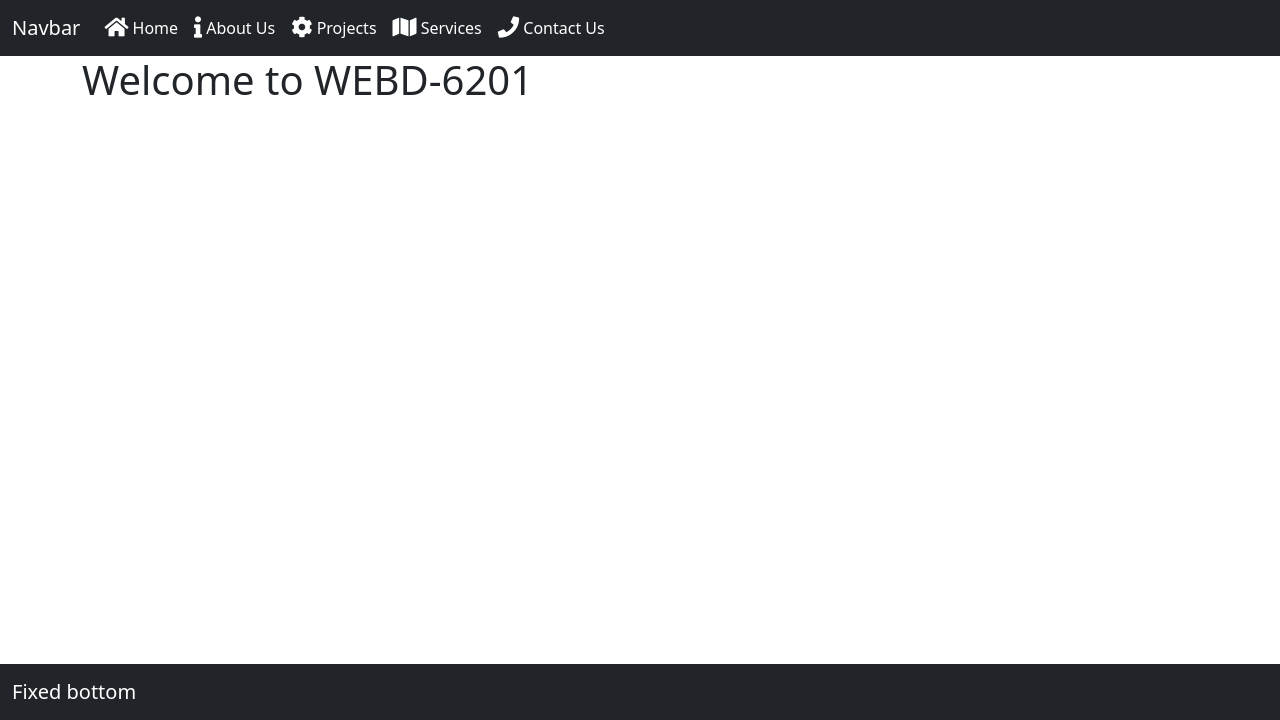
Repository: CKM206/WEBD6201-W2021---ICE1
Page: index.html
The author's editor kept a copy of each file at every save. The page is drawn from the files as they stood at one save, then again after the next save.
The browser window is 1280 px wide. The pictures show the whole page.

Above is the page before, as saved 2021-01-20 09:13:33.

### index.html
<!DOCTYPE html>
<html lang="en">
<head>
    <meta charset="UTF-8">
    <meta name="viewport" content="width=device-width, initial-scale=1.0">
    <title>WEBD6201 - W2021 - ICE 1</title>
    <!-- CSS Section -->
    <!-- Inject Bootstrap first, always-->
    <link rel="stylesheet"
    href="./node_modules/bootstrap/dist/css/bootstrap.min.css">
    <!-- Now inject Icon Fonts using Font Awesome-->
    <link rel="stylesheet"
    href="./node_modules/@fortawesome/fontawesome-free/css/all.min.css">
    <!-- Now inject our custom css-->
    <link rel="stylesheet" href="./Content/app.css">
</head>
<body>

    <header>
        <nav class="navbar navbar-expand-lg navbar-dark bg-dark">
            <div class="container-fluid">
              <a class="navbar-brand" href="#">Navbar</a>
              <button class="navbar-toggler" type="button" data-bs-toggle="collapse" data-bs-target="#navbarSupportedContent" aria-controls="navbarSupportedContent" aria-expanded="false" aria-label="Toggle navigation">
                <span class="navbar-toggler-icon"></span>
              </button>
              <div class="collapse navbar-collapse" id="navbarSupportedContent">
                <ul class="navbar-nav me-auto mb-2 mb-lg-0">
                  <li class="nav-item">
                    <a class="nav-link active" aria-current="page" href="#"><i class="fas fa-home fa-lg"></i> Home</a>
                  </li>
                  <li class="nav-item">
                    <a class="nav-link active" aria-current="page" href="#"><i class="fas fa-info fa-lg"></i> About Us</a>
                  </li>
                  <li class="nav-item">
                    <a class="nav-link active" aria-current="page" href="#"><i class="fas fa-cog fa-lg"></i> Projects</a>
                  </li>
                  <li class="nav-item">
                    <a class="nav-link active" aria-current="page" href="#"><i class="fas fa-map fa-lg"></i> Services</a>
                  </li>
                  <li class="nav-item">
                    <a class="nav-link active" aria-current="page" href="#"><i class="fas fa-phone fa-lg"></i> Contact Us</a>
                  </li>
                </ul>
              </div>
            </div>
          </nav>
    </header>
    <main class="container">
        <h1>Welcome to WEBD-6201</h1>
    </main>

    <footer>
        <nav class="navbar fixed-bottom navbar-dark bg-dark">
            <div class="container-fluid">
              <a class="navbar-brand" href="#">Fixed bottom</a>
            </div>
          </nav>
    </footer>

    <!--Script Section-->
    <script src="./node_modules/jquery/dist/jquery.min.js"></script>
    <script src="./node_modules/bootstrap/dist/js/bootstrap.bundle.min.js"></script>
    <script src="./Scripts/app.js"></script>
</body>
</html>

### Content/app.css
/* Custom CSS Here */

### Scripts/app.js
/* Custom Javascript Here */

// IIFE - Immediately Invoked Function Expression (Anonymous Self-Executing Function)
//Acts as a Closure, Limits Scope Leak
(function()
{
    function Start()
    {
        console.log("App Started...");
    }

    window.addEventListener("load", Start);
})();

Loaded but not shown: node_modules/bootstrap/dist/css/bootstrap.min.css (library); node_modules/@fortawesome/fontawesome-free/css/all.min.css (library); node_modules/jquery/dist/jquery.min.js (library); node_modules/bootstrap/dist/js/bootstrap.bundle.min.js (library)

After the next save:
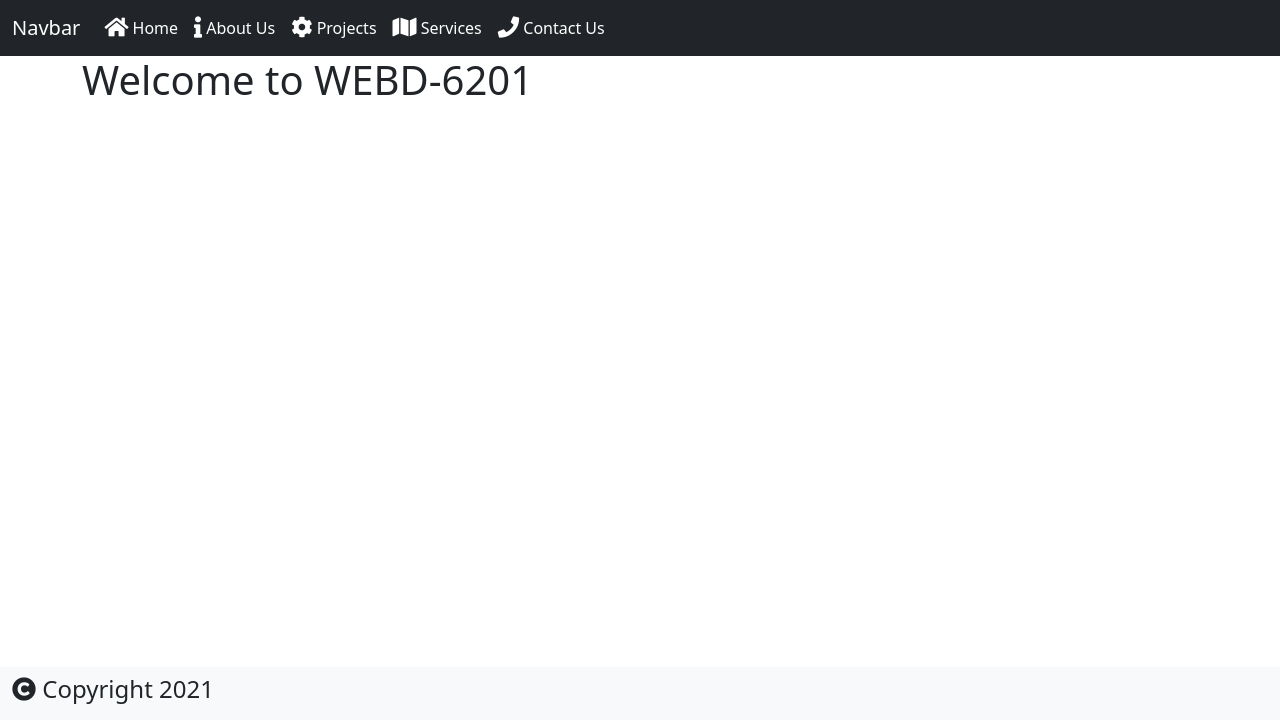
Saved 30 s later.
--- a/index.html
+++ b/index.html
@@ -49,10 +49,11 @@
         <h1>Welcome to WEBD-6201</h1>
     </main>
 
+    <!-- Footer Section -->
     <footer>
-        <nav class="navbar fixed-bottom navbar-dark bg-dark">
+        <nav class="navbar fixed-bottom navbar-light bg-light">
             <div class="container-fluid">
-              <a class="navbar-brand" href="#">Fixed bottom</a>
+              <h4><i class="fas fa-copyright"></i> Copyright 2021</h4>
             </div>
           </nav>
     </footer>
